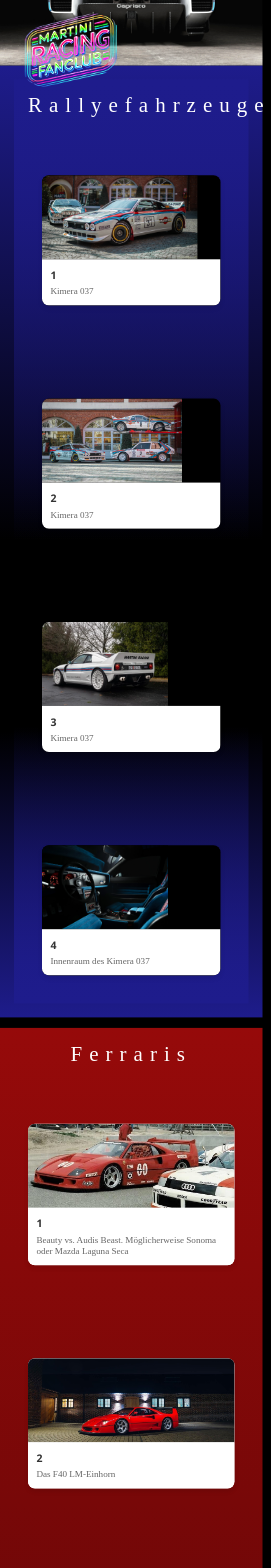
Repository: Johannes-Harald/martini-racing-fanclub
Page: /
The author's editor kept a copy of each file at every save. The page is drawn from the files as they stood at one save, then again after the next save.
The browser window is 375 px wide. The page is 387 px wide, so the pictures cover 387 px, including what lies to the right of the window. The pictures show the part of the page from y = 309 to 2549 px (the page is 12903 px tall before and 13164 px after), at 70% of full size.
Some web fonts or font styles are not loaded; a fallback is used. The project was rebuilt for these pictures with package versions that can differ from the ones it lists, and the page was loaded fresh each time. Also part of the build but not shown: vite.config.js, src/components/Lightbox/Lightbox.css, src/components/Lightbox/Lightbox.jsx, src/components/TitleCards/TitleCards.jsx, src/pages/Videos/Videos.css, src/pages/Videos/Videos.jsx.

Above is the page before, as saved 2024-10-12 13:05:17.

### index.html
<!doctype html>
<html lang="en">
  <head>
    <meta charset="UTF-8" />
    <link rel="icon" type="image/svg+xml" href="/src/assets/logo-martinid.png" style="filter: brightness(3.5); height: 2px; width: 1px;"/>
    <meta name="viewport" content="width=device-width, initial-scale=1.0" />
    <title>Martini Racing Fanclub</title>
  </head>
  <body>
    <div id="root"></div>
    <script type="module" src="/src/main.jsx"></script>
  </body>
</html>
<!--
<!doctype html>
<html lang="en">
  <head>
    <meta charset="UTF-8" />
    <link rel="icon" type="image/svg+xml" href="/src/assets/logo-martinid.png" style="filter: brightness(3.5); height: 2px; width: 1px;"/>
    <meta name="viewport" content="width=device-width, initial-scale=1.0" />
    <title>Martini Racing Fanclub</title>
  </head>
  <body>
    <div id="root"></div>
    <script type="module" src="/src/main.jsx"></script>
  </body>
</html>
-->

### src/App.jsx
import React from 'react';
import { BrowserRouter as Router, Route, Routes } from 'react-router-dom';
import Home from './pages/Home/Home';
import Videos from './pages/Videos/Videos';

function App() {
  //const navigate = useNavigate();
  //const location = useLocation();



  {/*const scrollToTitleCards = () => {
    // Assuming you have a reference to your TitleCards section
    const titleCardsSection = document.getElementById('rallyeautos'); // Adjust this ID as needed
    if (titleCardsSection) {
      titleCardsSection.scrollIntoView({ behavior: 'smooth' });
    }
  };

  const scrollToTitleCards = () => {
    if (location.pathname === '/') {
      rallyefahrzeugeRef.current.scrollIntoView({ behavior: 'smooth' });
    } else {
      // If you're on another page, navigate to the home page first
      navigate('/');
      // After navigating, wait for the page to load and then scroll to rallyefahrzeugeRef
      setTimeout(() => {
        rallyefahrzeugeRef.current.scrollIntoView({ behavior: 'smooth' });
      }, 500); // Use a timeout to ensure the page is fully rendered before scrolling
    }
  };
  <Route path="/Home" element={<Navbar scrollToTop={scrollToTop} scrollToTitleCards={scrollToTitleCards}/>} />
  */}

  return (
    <Router>
      <div className="App">
        <Routes>
          <Route path="/" element={<Home />} />
          <Route path="/videos" element={<Videos />} />
        </Routes>
      </div>
    </Router>
  );
}

export default App;

### src/index.css
* {
  margin: 0;
  padding: 0;
  box-sizing: border-box;
}

body {
  background: black;
  font-family: 'Segoe UI', Tahoma, Geneva, Verdana, sans-serif;
}

### src/pages/Home/Home.css
.hero {
    position: relative;
}

.component {
    transition: opacity 0.5s ease, transform 0.5s ease;
    opacity: 0;
    transform: translateY(20px);
    pointer-events: none; /* Disable interaction when hidden */
  }

  .component.active {
    opacity: 1;
    transform: translateY(0);
    pointer-events: all; /* Enable interaction when visible */
  }

.img-cover {
    background-image: linear-gradient(180deg, rgba (0,0,0,0.7) 10%, transparent);
    z-index: 1;
    transition: background-color 0.3s, color 0.3s;
  }

.banner-width {
    width: 100%;
    mask-image: linear-gradient(to right, transparent, black 75%);
    -weblit-mask-image: linear-gradient(to right, transparent, black 75%);
}

.banner-img {
    width: 100%;
    display: flex;
    filter: brightness(1.2);
}

.hero-caption {
    position: absolute;
    width: 100%;
    padding-left: 6%;
    bottom: 0;
}

.caption-img {
    width: 100%;
    height: 370px;
    max-width: 510px;
    margin-bottom: 60px;
    filter: brightness(1.3);
}

.hero-caption p{
    max-width: 700px;
    font-size: 17px;
    margin-bottom: 20px;
}

.hero-btns {
    display: flex;
    gap: 10px;
    margin-bottom: 50px;
}

.hero-btns .btn img{
    width: 25px;
}

.hero-btns .btn {
    border: 0;
    outline: 0;
    padding: 8px 20px;
    display: inline-flex;
    align-items: center;
    gap: 10px;
    font-size: 15px;
    font-weight: 600;
    background: white;
    border-radius: 4px;
    cursor: pointer;
}

.hero-btns .btn.dark-btn{
    color: #fff;
    background: #6d6d6eb3;
}

.hero-btns .btn:hover{
    background: #ffffffbf;
}

.hero-btns .btn.dark-btn:hover{
    background: #6d6d6e66 ;
}


@media (max-width: 1024px) {
  .hero-caption .title-cards {
      display: none;
  }
  .hero-btns {
      margin-bottom: 30px;
  }
  .hero-caption p {
      font-size: 15px;
      max-width: 600px;
  }
}

/* Large mobile screens */
@media (max-width: 800px) {
  .hero-caption {
      padding-left: 4%;
  }
  .caption-img {
      margin-bottom: 10px;
      width: 40%;
  }
  .hero-caption p {
      font-size: 12px;
      margin-bottom: 10px;
  }
  .hero-btns .btn img {
      width: 20px;
  }
  .hero-btns .btn {
      padding: 6px 15px;
      font-size: 13px;
  }
}

/* Small mobile screens */
@media (max-width: 500px) {
  .banner-img {
    padding-top: 191px;
    width: 150%;
    filter: brightness(1.2);
    max-width: 100%;
    overflow: hidden;
    /*     text-align: left; */
  }

  .home .img-cover {
    background-size: cover; /* Ensure the image covers the entire area */
    background-position: center;
  }
  .caption-img {
    margin-bottom: 360px;
    height: 110px;
    width: 170px;
  }
  .hero-caption p {
      font-size: 11px;
  }
  .hero-btns img {
      width: 15px;
  }
  .hero-btns .btn {
      padding: 4px 10px;
      gap: 5px;
      font-size: 10px;
  }
  .component {
      margin-top: 15px;
  }
  .banner-img {
      height: auto;
  }
}

### src/components/Navbar/Navbar.jsx
import React, { useEffect, useRef, useState } from 'react';
import { Link, useNavigate, useLocation } from 'react-router-dom';
import './Navbar.css';
import logo from '../../assets/logo.png';
import search_icon from '../../assets/search_icon.svg';
import profile_icon from '../../assets/profile_img.webp';
import caret_icon from '../../assets/caret_icon.svg';
import lightModeSearch from '../../assets/search_icon_dark.png';

const Navbar = ({ scrollToRallyefahrzeuge, rallyefahrzeugeRef, scrollTo }) => {
  const navigate = useNavigate();
  const location = useLocation();
  const navRef = useRef(null);
  const [navigateToRallye, setNavigateToRallye] = useState(false);
  const [darkMode, setDarkMode] = useState(() => {
    return localStorage.getItem('darkMode') === 'true';
  });

/*  const handleScrollToRallyefahrzeuge = () => {
    if (location.pathname !== "/") {
      setNavigateToRallye(true); // Set flag to indicate we want to scroll after navigation
      navigate("/"); // Navigate to home
    }
  };

/*  useEffect(() => {
    if (navigateToRallye && location.pathname === "/") {
      setTimeout(() => {
        if (rallyefahrzeugeRef.current) {
          console.log("Ref found, scrolling...");
          rallyefahrzeugeRef.current.scrollIntoView({ behavior: 'smooth' });
        } else {
          console.log("Ref not found");
        }
      }, 100); // Add delay to allow for navigation to complete
      setNavigateToRallye(false); // Reset flag
    }
  }, [navigateToRallye, location.pathname, rallyefahrzeugeRef]);*/

  const toggleDarkMode = () => {
    setDarkMode(prev => {
      const newDarkMode = !prev;
      document.body.classList.toggle('dark-mode', newDarkMode);
      localStorage.setItem('darkMode', newDarkMode);
      return newDarkMode;
    });
  };

  return (
    <div ref={navRef} className={`navbar ${darkMode ? 'dark-mode' : 'light-mode'}`}>
      <div className="navbar-left">
        <img src={logo} alt="Logo" className='logo-img' />
        <ul>
          <li onClick={scrollTo}><Link to="/" className="link-style">Startseite</Link></li>
          <li><Link to="/videos" className="link-style">Videos</Link></li>
          <li onClick={scrollToRallyefahrzeuge}><Link to="/" className="link-style">Fahrzeuge</Link></li>
        </ul>
      </div>

      <div className="navbar-right">
        <p>Nutzer</p>

        {/* Dark Mode Toggle Button */}
        <button onClick={toggleDarkMode} className='dark-mode-btn'>
          {darkMode ? 'Hell' : 'Dunkel'}
        </button>

        <div className='navbar-profile'>
          <img src={profile_icon} alt="Profile" className='profile' />
          <img src={caret_icon} alt="Caret" />
          <div className='dropdown'>
            <p>Abmelden</p>
          </div>
        </div>
      </div>
    </div>
  );
};

export default Navbar;

### src/components/TitleCards/Rallyefahrzeuge.jsx
import React, { useState } from 'react';
import './Rallyefahrzeuge.css';
import img3 from '../../assets/cards/img3.jpg';
import img4 from '../../assets/cards/img4.jpg';
import img5 from '../../assets/cards/img5.webp';
import img6 from '../../assets/cards/img6.jpg';
import Lightbox from '../Lightbox/Lightbox';

const Rallyefahrzeuge = React.forwardRef((props, ref) => {
  const [lightboxOpen, setLightboxOpen] = useState(false); // State to control lightbox visibility
  const [selectedImageIndex, setSelectedImageIndex] = useState(0); // Track the selected image

  const cardData = [
    { image: img3, title: '1', description: 'Kimera 037' },
    { image: img4, title: '2', description: 'Kimera 037' },
    { image: img5, title: '3', description: 'Kimera 037' },
    { image: img6, title: '4', description: 'Innenraum des Kimera 037' }
  ];

  const handleImageClick = (index) => {
    setSelectedImageIndex(index); // Set the index of the clicked image
    setLightboxOpen(true); // Open the lightbox LOOK HERE INCASE! >>>> ref={rallyefahrzeugeRef}
  };

  return (
    <div className="rallyefahrzeuge">
      <div className="rallyeautos">
        <h2>Rallyefahrzeuge</h2>
      </div>
      <div className="rallye-card-list">
        {cardData.map((card, index) => (
          <div key={index} className="rallye-title-cards" onClick={() => handleImageClick(index)}>
            <img src={card.image} alt={card.title} className="rallye-title-cards-img" />
            <div className="rallye-title-cards-info">
              <h3>{card.title}</h3>
              <p>{card.description}</p>
            </div>
          </div>
        ))}
      </div>

      {/* Conditionally render the Lightbox when open */}
      {lightboxOpen && (
        <Lightbox
          images={cardData.map((card) => ({ src: card.image, alt: card.title }))} // Pass the images to the Lightbox
          initialIndex={selectedImageIndex} // Start with the clicked image
          onClose={() => setLightboxOpen(false)} // Close the lightbox
        />
      )}
    </div>
  );
});

export default Rallyefahrzeuge;

### src/components/TitleCards/PrototypRennwagen.jsx
import React, { useState } from 'react';
import './Rallyefahrzeuge.css';
import img1 from '../../assets/cards/img1.png';
import img7 from '../../assets/cards/img7.jpg';
import img8 from '../../assets/cards/img8.jpg';
import img9 from '../../assets/cards/img9.jpg';
import lcmonza from '../../assets/cards/lcmonza.jpg';
import lcparmalat from '../../assets/cards/lcparmalat.jpg';
import Lightbox from '../Lightbox/Lightbox'; // Import the Lightbox component

const PrototypRennwagen = React.forwardRef((props, ref) => {
  const [lightboxOpen, setLightboxOpen] = useState(false); // State to control lightbox visibility
  const [selectedImageIndex, setSelectedImageIndex] = useState(0); // Track the selected image

  const cardData = [
    { image: img1, title: '1', description: 'LC1 auf der Nordschleife' },
    { image: img7, title: '2', description: 'LC1 auf der Nordschleife' },
    { image: img8, title: '3', description: 'LC1 bei Le Mans' },
    { image: img9, title: '4', description: 'LC1' },
    { image: lcmonza, title: '5', description: 'LC1 bei Le Mans' },
    { image: lcparmalat, title: '6', description: 'LC1' }
  ];

  const handleImageClick = (index) => {
    setSelectedImageIndex(index); // Set the index of the clicked image
    setLightboxOpen(true); // Open the lightbox
  };

  return (
    <div className="rallyefahrzeuge" ref={ref}>
      <div className="rallyeautos">
        <h2>Prototyp-Rennwagen</h2>
      </div>
        <div className="rallye-card-list" >
      {cardData.map((card, index) => (
        <div key={index} className="rallye-title-cards" onClick={() => handleImageClick(index)}>
          <img src={card.image} alt={card.title} className="rallye-title-cards-img" />
          <div className="rallye-title-cards-info">
            <h3>{card.title}</h3>
            <p>{card.description}</p>
          </div>
        </div>
      ))}
    </div>

      {/* Conditionally render the Lightbox when open */}
          {lightboxOpen && (
        <Lightbox
          images={cardData.map((card) => ({ src: card.image, alt: card.title }))} // Pass the images to the Lightbox
          initialIndex={selectedImageIndex} // Start with the clicked image
          onClose={() => setLightboxOpen(false)} // Close the lightbox
        />
      )}
    </div>
  );
});

export default PrototypRennwagen;

### src/components/TitleCards/Tourenwagen.jsx
import React, { useState } from 'react';
import './Rallyefahrzeuge.css';
 import img2 from '../../assets/cards/img2.jpg';
import img10 from '../../assets/cards/img10.jpg';
import img11 from '../../assets/cards/img11.jpg';
import img12 from '../../assets/cards/img12.jpg';
import img37 from '../../assets/cards/img37.jpg';
import img38 from '../../assets/cards/img38.jpeg';
import Lightbox from '../Lightbox/Lightbox';

const Tourenwagen = React.forwardRef((props, ref) => {
  const [lightboxOpen, setLightboxOpen] = useState(false); // State to control lightbox visibility
  const [selectedImageIndex, setSelectedImageIndex] = useState(0); // Track the selected image

  const cardData = [
    { image: img2, title: '1', description: 'Porsche 935' },
    { image: img10, title: '2', description: 'Beta Montecarlo Turbo' },
    { image: img11, title: '3', description: 'Beta Montecarlo Turbo' },
    { image: img12, title: '4', description: 'Beta Montecarlo Turbo' },
    { image: img37, title: '5', description: 'Beta Montecarlo Turbo' },
    { image: img38, title: '6', description: 'Beta Montecarlo Turbo' }
  ];

  const handleImageClick = (index) => {
    setSelectedImageIndex(index); // Set the index of the clicked image
    setLightboxOpen(true); // Open the lightbox
  };

  return (
    <div className="rallyefahrzeuge" ref={ref}>
      <div className="rallyeautos">
        <h2>Tourenwagen</h2>
      </div>
    <div className="rallye-card-list">
      {cardData.map((card, index) => (
        <div key={index} className="rallye-title-cards" onClick={() => handleImageClick(index)}>
          <img src={card.image} alt={card.title} className="rallye-title-cards-img" />
          <div className="rallye-title-cards-info">
            <h3>{card.title}</h3>
            <p>{card.description}</p>
          </div>
        </div>
      ))}
    </div>

      {/* Conditionally render the Lightbox when open */}
      {lightboxOpen && (
        <Lightbox
          images={cardData.map((card) => ({ src: card.image, alt: card.title }))} // Pass the images to the Lightbox
          initialIndex={selectedImageIndex} // Start with the clicked image
          onClose={() => setLightboxOpen(false)} // Close the lightbox
        />
      )}
    </div>
  );
});

export default Tourenwagen;

### src/components/Footer/Footer.jsx
import React from 'react'
import './Footer.css'
import youtube_icon from '../../assets/youtube_icon.png'
import twitter_icon from '../../assets/twitter_icon.png'
import instagram_icon from '../../assets/instagram_icon.png'
import facebook_icon from '../../assets/facebook_icon.png'

const Footer = () => {
  return (
    <div className='footer'>
      <div className='footer-icons'>
        <img src={youtube_icon} alt="" />
        <img src={twitter_icon} alt="" />
        <img src={instagram_icon} alt="" />
        <img src={facebook_icon} alt="" />
      </div>
      <ul>
        <li>Auto-Fanclub</li>
        <li>Hilfezentrum</li>
        <li>Foren</li>
        <li>Medienzentrum</li>
        <li>Investorenbeziehungen</li>
        <li>Jobs</li>
        <li>Nutzungsbediengungen</li>
        <li>Datenschutz</li>
        <li>Rechtliche Hinweise</li>
        <li>Cookie-Einstellungen</li>
        <li>Unternehmensinformationen</li>
        <li>Kontakt</li>
      </ul>
      <p className='copyright'>© 1968-2023 Martini-Racing.</p>
    </div>
  )
}

export default Footer

### src/components/TitleCards/Rallyefahrzeuge.css
@import url('https://fonts.googleapis.com/css2?family=Bona+Nova+SC:ital,wght@0,400;0,700;1,400&family=Open+Sans&display=swap');

* {
  margin: 0;
  padding: 0;
  box-sizing: border-box;
}

.rallye-card-list {
  display: flex;
  flex-flow: row wrap;
  align-items: flex-start;
  /*flex-wrap: wrap;
  justify-content: space-between;*/
  gap: 70px;
  padding: 20px;
}

.rallyefahrzeuge {
  padding: 20px;
  background: linear-gradient(to bottom, rgb(30, 28, 140) 0%, rgba(0, 0, 0, 0) 50%),
              linear-gradient(to bottom, rgba(0, 0, 0, 0) 70%, rgb(30, 28, 140) 100%);
}

.rallyeautos h2{
  font-family: "Bona Nova SC", serif;
  font-weight: 400;
  font-style: normal;
  color: white;
  font-size: 130px;
  letter-spacing: 10px;
  text-align: center;
}

.rallye-title-cards {
  flex: 1 1 calc(25% - 40px); /* Makes cards 4 per row with space for margins */
  display: flex;
  flex-direction: column;
  background-color: #000000;
  border-radius: 10px;
  overflow: hidden;
  transition: transform 2s ease-in-out, box-shadow 2s ease-in-out;
  box-shadow: 0 4px 8px rgba(0, 0, 0, 0.1);
  margin-top: 63px;
  cursor: pointer;
}

.rallye-title-cards:hover {
  transform: translateY(-5px);
  box-shadow: 0 8px 16px rgba(0, 0, 0, 0.15);
}

.rallye-title-cards-img {
  width: 100%;
  height: 250px;
  object-fit: cover;
}

.rallye-title-cards-info {
  padding: 12px;
  background-color: #fff;
}

.rallye-title-cards-info h3 {
  font-size: 16px;
  font-weight: bold;
  color: #333;
  margin-bottom: 6px;
}

.rallye-title-cards-info p {
  font-family: "Bona Nova SC", serif;
  font-weight: 400;
  font-style: normal;
  font-size: 17px;
  color: #666;
}

@media (max-width: 768px) {
  .rallye-title-cards {
      flex: 1 1 calc(50% - 20px); /* 2 per row on smaller screens */
  }
}

@media (max-width: 480px) {
  .rallye-title-cards {
      flex: 1 1 100%; /* Full-width cards on very small screens */
  }
}


 /* Mobile-friendly adjustments */
@media (max-width: 768px) {
  .rallye-title-cards {
      flex: 1 1 calc(50% - 20px);
  }

  .rallye-title-cards-info h3 {
      font-size: 15px;
  }

  .rallye-title-cards-info p {
      font-size: 13px;
  }

  .rallye-title-cards-img {
      height: 120px;
  }
}

@media (max-width: 480px) {
  .rallye-title-cards {
      flex: 1 1 calc(100% - 20px);
  }
}




@media (max-width: 800px) {
  .rallye-title-cards-img {

  }
 }

 @media (max-width: 500px) {
  .rallyeautos h2{
    font-family: "Bona Nova SC", serif;
    font-weight: 400;
    font-style: normal;
    color: white;
    font-size: 30px;
    letter-spacing: 10px;
    text-align: center;
  }
    .rallye-title-cards h2{
       font-size: 15px;
    }

    .rallye-title-cards-img {
      width: fit-content;

    }
    .card-list p{
       font-size: 10px;
    }
 }

### src/components/TitleCards/Ferrari.css
@import url('https://fonts.googleapis.com/css2?family=Bona+Nova+SC:ital,wght@0,400;0,700;1,400&family=Open+Sans&display=swap');

* {
    margin: 0;
    padding: 0;
    box-sizing: border-box;
  }

  .card-list-ferrari {
    display: flex;
    flex-flow: row wrap;
    align-items: flex-start;
    /*flex-wrap: wrap;
    justify-content: space-between;*/
    gap: 70px;
    padding: 20px;
  }

  .ferraris {
    padding: 20px;
    background: linear-gradient(to bottom, rgb(150, 10, 10) 0%, rgba(255, 0, 0, 0) 50%), /* Top effect */
                linear-gradient(to bottom, rgba(255, 255, 255, 0) 70%, rgb(150, 10, 10) 100%); /* Bottom effect */
  }

  .title-cards-ferrari {
    flex: 1 1 calc(25% - 40px); /* Makes cards 4 per row with space for margins */
    display: flex;
    flex-direction: column;
    background-color: #f9f9f9;
    border-radius: 10px;
    transition: transform 0.3s ease-in-out, box-shadow 0.3s ease-in-out;
    box-shadow: 0 4px 8px rgba(0, 0, 0, 0.1);
    /*     max-width: 301px;/* Optional: Set a max width to limit card size*/
    margin-top: 63px;
    cursor: pointer;
    overflow: hidden;
  }

  .title-cards-ferrari:hover {
    transform: translateY(-5px);
    box-shadow: 0 8px 16px rgba(0, 0, 0, 0.15);
    transition: 1s linear ease-in-out;
  }

  .title-cards-img-ferrari {
    width: 100%;
    height: 250px;
    object-fit: cover;
  }

  .title-cards-info-ferrari {
    padding: 12px;
    background-color: #fff;
  }

  .title-cards-info-ferrari h3 {
    font-size: 16px;
    font-weight: bold;
    color: #333;
    margin-bottom: 6px;
  }

  .title-cards-info-ferrari p {
    font-family: "Bona Nova SC", serif;
    font-weight: 400;
    font-style: normal;
    font-size: 17px;
    color: #666;
  }

  /* Mobile-friendly adjustments */
  @media (max-width: 500px) {
    .title-cards-ferrari {
      flex: 1 1 calc(50% - 20px); /* Makes cards 2 per row on smaller screens */
    }

    .title-cards-info-ferrari h3 {
      font-size: 15px;
    }

    .title-cards-info-ferrari p {
      font-size: 13px;
    }

    .title-cards-img-ferrari {
      height: 120px;
    }
  }

  @media (max-width: 480px) {
    .title-cards-ferrari {
      flex: 1 1 calc(100% - 20px); /* Full-width on very small screens */
    }
  }

### src/components/Footer/Footer.css
.footer {
    padding: 30px 4px;
    max-width: 1000px;
    margin: 0 auto;
}

.footer-icons {
    display: flex;
    gap: 20px;
    margin: 40px 0;
}

.footer-icons img{
    width: 30px;
    cursor: pointer;
}

.footer ul{
    display: grid;
    grid-template-columns: auto auto auto auto;
    gap: 15px;
    margin-bottom: 30px;
    list-style: none;
}

.footer ul li{
    color: white;
}

.copyright {
    color: gray;
    font-size: 16px;
}

@media (max-width:800px) {
    .footer {
        padding: 7%;
        margin: 0 auto;
    }

  .footer-icon img{
      width: 25px;
  }
  .footer ul {
    grid-template-columns: auto auto;
    gap: 8px;
    font-size: 14px;
  }
}

### src/components/TitleCards/TitleCards.css
* {
    margin: 0;
    padding: 0;
    box-sizing: border-box;
  }

  .title-cards-container {
    background: none;
    background: linear-gradient(to bottom, rgb(30, 28, 140) 0%, rgba(0, 0, 0, 0) 50%),
    linear-gradient(to bottom, rgba(0, 0, 0, 0) 70%, rgb(30, 28, 140) 100%);
    padding: 20px;
    display: flex;
  }

  /* Flex container for cards */
  .cards {
    display: flex;
    flex-flow: row wrap;
    justify-content: end;
    gap: 20px;
    padding: 20px;
    margin-top: 100px;
  }

  /* Flex container for video cards */
  .video-cards {
    display: flex;
    flex-flow: row wrap;
    justify-content: center;
    gap: 70px;
  }

  /* Styling for each card */
  .card {
    width: auto;
    cursor: pointer;
    text-align: center;
    display: flex;
    flex-direction: column;
    align-items: center;
    border-radius: 12px;
    opacity: 1; /* Full opacity for the card */
    background: transparent;
  }

  /* Thumbnail image styling */
  .video-thumbnail {
    width: 450px;
    height: auto;
    border-radius: 8px;
    transition: transform 0.3s ease;
    filter: brightness(1.1);
    opacity: 1;
  }

  .video-thumbnail:hover {
    transform: scale(1.05); /* Slight zoom effect on hover */
    filter: brightness(1.2);
  }

  /* Card title styling */
  .card h3 {
    margin-top: 10px;
    font-size: 18px;
    color: white;
  }

  /* Modal overlay when a video is selected */
  .modal-overlay {
    position: fixed;
    top: 0;
    left: 0;
    width: 100%;
    height: 100%;
    display: flex;
    justify-content: center;
    align-items: center;
  }

  /* Modal content container */
  .modal-content {
    background: #fff;
    padding: 7px;
    border-radius: 10px;
    width: 80%;
    max-width: 900px;
  }

  /* Embedded video iframe */
  .modal-content iframe {
    width: 100%;
    height: 500px;
  }

  .modal-overlay:hover {
    cursor: pointer;
  }

  .modal-content:hover {
    cursor: default;
  }

  /* Scrollbar styling (hidden for horizontal scroll) */
  .card-list::-webkit-scrollbar {
    display: none;
  }

  /* Responsive styling for smaller screens */
  @media (max-width: 800px) {
    .cards {
      gap: 10px; /* Reduce the gap between cards */
    }

    .card {
      width: 200px; /* Reduce card width for smaller screens */
    }

    .card h3 {
      font-size: 16px; /* Reduce font size for titles */
    }

    .thumbnail {
      width: 100%; /* Ensure thumbnail adjusts to the new card size */
    }
  }

  @media (max-width: 500px) {
    .card {
      width: 165px; /* Further reduce card width for small screens */
    }

    .card h3 {
      font-size: 14px;
    }

    .modal-content {
      background: #fff;
      padding: 2px;
      height: auto;
      margin-top: 140%;
    }

    .modal-overlay {
      height: 7%;
    }

    .modal-overlay:hover {
      cursor: pointer;
    }

    .modal-content:hover {
      cursor: default;
    }

    .video-thumbnail {
      width: 100%;
    }
  }

Loaded but not shown: src/main.jsx (common file); src/components/Navbar/Navbar.css (332 lines, source omitted); src/components/TitleCards/Ferrari.jsx (88 lines, source omitted); src/pages/Home/Home.jsx (114 lines, source omitted)

After the next save:
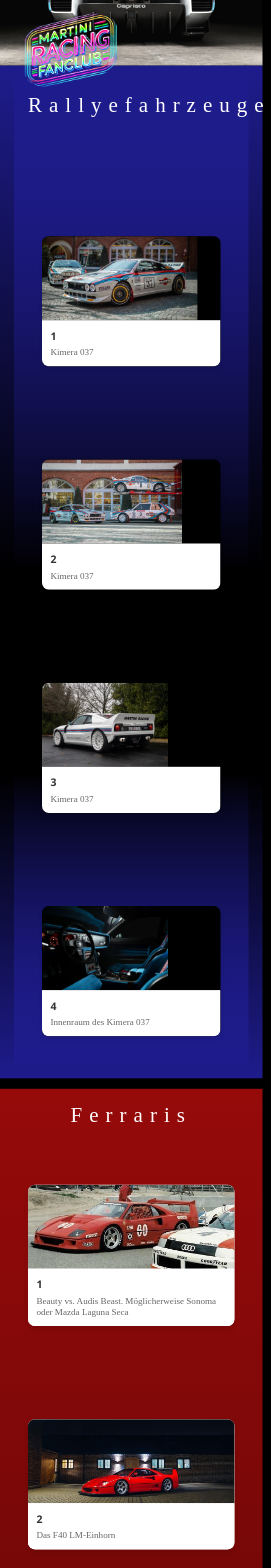
Saved 29 s later.
--- a/src/components/TitleCards/Rallyefahrzeuge.css
+++ b/src/components/TitleCards/Rallyefahrzeuge.css
@@ -136,7 +136,9 @@
     .rallye-title-cards h2{
        font-size: 15px;
     }
-
+    .rallye-card-list {
+      padding-top: 107px;
+    }
     .rallye-title-cards-img {
       width: fit-content;
 
